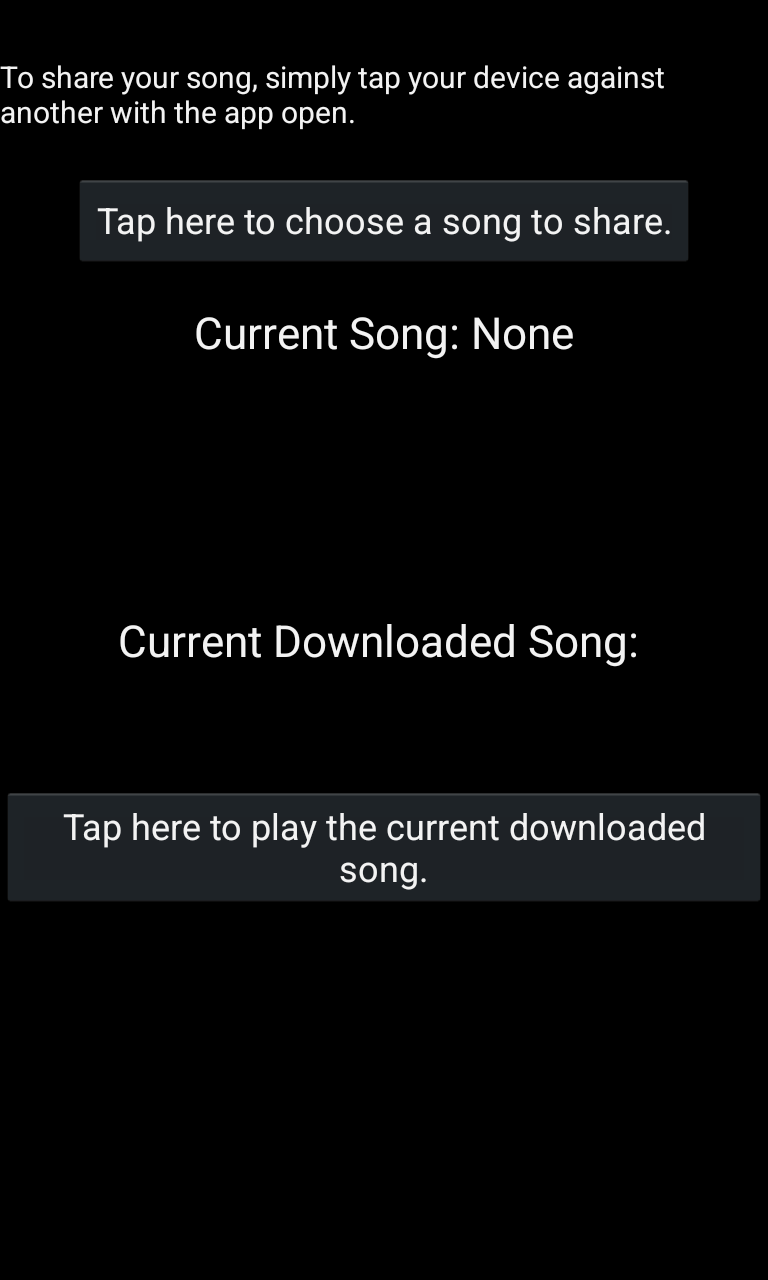
Repository: griff1/idpa2012projects
Layout: workspace/Player/res/layout/main2.xml
The author's editor kept a copy of each file at every save. The layout is drawn from the files as they stood at one save, then again after the next save.
It is drawn on a 768 x 1280 px phone screen (xhdpi) without system bars, with theme android:Theme.Holo; the app's code is not run.

Above is the layout before, as saved 2012-07-31 19:43:37.

### workspace/Player/res/layout/main2.xml
<?xml version="1.0" encoding="utf-8"?>
<LinearLayout xmlns:android="http://schemas.android.com/apk/res/android"
    android:layout_width="match_parent"
    android:layout_height="match_parent"
    android:orientation="vertical" >




    <RelativeLayout
        android:id="@+id/relativeLayout1"
        android:layout_width="match_parent"
        android:layout_height="match_parent" >

        <TextView
            android:id="@+id/textView1"
            android:layout_width="wrap_content"
            android:layout_height="wrap_content"
            android:layout_alignParentTop="true"
            android:layout_centerHorizontal="true"
            android:layout_marginTop="151dp"
            android:text="@string/CurrentSong2"
            android:textAppearance="?android:attr/textAppearanceLarge" />

        <TextView
            android:id="@+id/textView2"
            android:layout_width="wrap_content"
            android:layout_height="wrap_content"
            android:layout_alignParentLeft="true"
            android:layout_alignParentTop="true"
            android:layout_marginTop="28dp"
            android:text="@string/Share"
            android:textAppearance="?android:attr/textAppearanceLarge"
            android:textSize="15dp" />

        <Button
            android:id="@+id/button1"
            android:layout_width="wrap_content"
            android:layout_height="wrap_content"
            android:layout_below="@+id/textView2"
            android:layout_centerHorizontal="true"
            android:layout_marginTop="20dp"
            android:text="@string/Tap" />


        <TextView
            android:id="@+id/textView3"
            android:layout_width="wrap_content"
            android:layout_height="wrap_content"
            android:layout_centerHorizontal="true"
            android:layout_centerVertical="true"
            android:text="@string/Downloaded"
            android:textAppearance="?android:attr/textAppearanceLarge" />


        <Button
            android:id="@+id/button2"
            android:layout_width="wrap_content"
            android:layout_height="wrap_content"
            android:layout_below="@+id/textView3"
            android:layout_centerHorizontal="true"
            android:layout_marginTop="58dp"
            android:text="@string/Tap2" />

    </RelativeLayout>

</LinearLayout>

### workspace/Player/res/values/strings.xml
<?xml version="1.0" encoding="utf-8"?>
<resources>

    <string name="hello">Hello World, BlankActivity!</string>
    <string name="app_name">Blank</string>
    <string name="CurrentSong">Current Song</string>
    <string name="CurrentSong2">Current Song: None</string>
    <string name="Tap">Tap here to choose a song to share.</string>
    <string name="Share">"To share your song, simply tap your device against another with the app open. "</string>
    <string name="Downloaded">"Current Downloaded Song: "</string>
    <string name="Tap2">Tap here to play the current downloaded song.</string>
    <string name="CurrentSong3">Current Downloaded Song: None</string>

</resources>

After the next save:
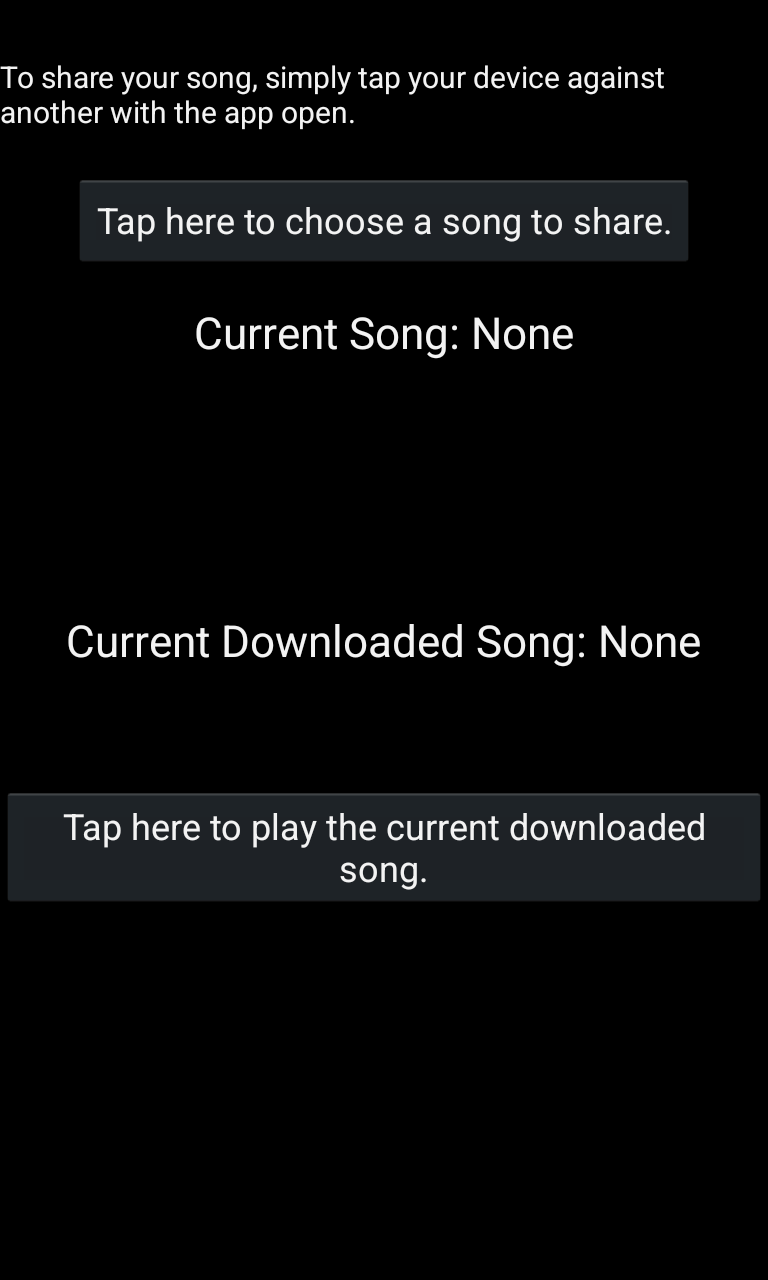
Saved 67 s later.
--- a/workspace/Player/res/layout/main2.xml
+++ b/workspace/Player/res/layout/main2.xml
@@ -43,13 +43,14 @@
             android:text="@string/Tap" />
 
 
+
         <TextView
             android:id="@+id/textView3"
             android:layout_width="wrap_content"
             android:layout_height="wrap_content"
             android:layout_centerHorizontal="true"
             android:layout_centerVertical="true"
-            android:text="@string/Downloaded"
+            android:text="@string/CurrentSong3"
             android:textAppearance="?android:attr/textAppearanceLarge" />
 
 
